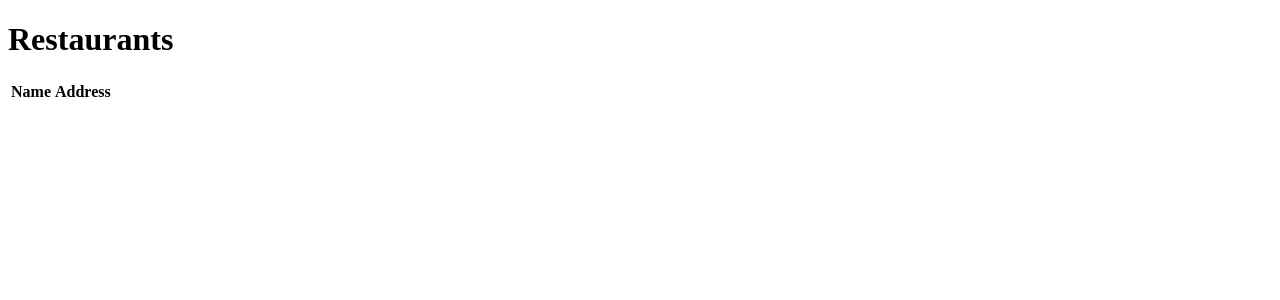
Repository: Elliriskala/AJAX-assignments
Page: Assignment 5/assignment 5.html
These files come from the project's save history. The page is drawn as it stood at one moment and after the next save; the edit follows.
The browser window is 1280 px wide. The pictures show the whole page.
The page's requests for data from a server got no answer.

Above is the page before, as saved 2024-09-01 20:31:43.
Console error (its wording comes from the project's code and is left out).

### Assignment 5/assignment 5.html
<!DOCTYPE html>
<html lang="en">
<head>
  <meta charset="UTF-8">
  <meta name="viewport" content="width=device-width, initial-scale=1.0">
  <title>Document</title>
  <script src="assignment 5.js" defer></script>
</head>
<body>
  <h1>Restaurants</h1>
  <table>
    <thead>
      <tr>
        <th>Name</th>
        <th>Address</th>
      </tr>
    </thead>
    <tbody>
      <!-- add restaurants here -->
    </tbody>
  </table>
  <!-- modal -->
  <dialog>
    <div>
      <button id="close-modal">&#128940</button>
    </div>
    <div id="info">
       <!-- add restaurant info here when restaurant is clicked -->
    </div>
  </dialog>
</body>
</html>

### Assignment 5/assignment 5.js
/* 5. In this assignment we will work with the Restaurant API to build upon the previous lab's restaurant assignment (Assignment 2). Extend the previous restaurant assignment by integrating the Restaurant API and enhancing the app to display the current day's menu for selected restaurants.

Begin by revisiting your previous restaurant assignment code.
Modify the app to fetch restaurant data using a single AJAX call to the Restaurant API endpoint. Replace the previous hard-coded array of restaurants.
Implement the necessary logic to display the retrieved restaurant data in your app.
When a user clicks on a restaurant, make another AJAX call to fetch the current day's menu for the selected restaurant from the API.
Enhance the modal functionality to show both the restaurant details (name, address, etc.) and the current day's menu.
Ensure that the modal is populated with the relevant information when a user clicks on a restaurant.
Implement error handling for the AJAX calls, displaying appropriate messages if data retrieval fails.
Test the app thoroughly to ensure that restaurant data and menus are displayed accurately.
Make effective use of CSS for styling and layout.
10p
*/

'use strict';


document.addEventListener('DOMContentLoaded', async function() {
  const target = document.querySelector('tbody');
  const modal = document.querySelector('dialog');
  const info = document.querySelector('#info');
  const closeModal = document.querySelector('#close-modal');

  closeModal.addEventListener('click', function () {
    modal.close();
  });
  // Fetching restaurant data
  try {
      const response = await fetch('https://opiskelijaravintolat.fi/');
      if (!response.ok) {
        throw new Error('There was a problem with the fetch operation');
      }
      const restaurants = await response.json();
      // Displaying the restaurants in alphabetical order
      restaurants.sort((a, b) => a.name.localeCompare(b.name));

      for (const restaurant of restaurants) {
        if (restaurant) {
          const name = document.createElement('td');
          name.innerText = restaurant.name;

          const address = document.createElement('td');
          address.innerText = restaurant.address;

          const row = document.createElement('tr');

          // highlighting selected restaurant

          row.addEventListener('click', function () {
            const highlights = document.querySelectorAll('.highlight');
            for (const highligted of highlights) {
              highligted.classList.remove('highlight');
            }
            row.classList.add('highlight');

            // Displaying restaurant info in modal
            const restaurantHTML = `
                <header>
                  <h3>${restaurant.name}</h3>
                  <p>${restaurant.company}</p>
                </header>
                <address>
                  ${restaurant.address}<br>
                  ${restaurant.postalCode} ${restaurant.city}<br>
                  ${restaurant.phone}<br>
                </address>
            `;
            info.innerHTML = '';
            info.insertAdjacentHTML('beforeend', restaurantHTML);

            // Fetch and display the current day's menu
            try {
              const menuResponse = await fetch(`https://example.com/api/restaurants/${restaurant.id}/menu`); // Replace with actual API endpoint
              if (!menuResponse.ok) {
                throw new Error(`Failed to fetch menu: ${menuResponse.statusText}`);
              }
              const menu = await menuResponse.json();

              const menuHTML = `<h4>Today's Menu</h4><ul>`;
              for (const item of menu.items) {
                  menuHTML += `<li>${item.name} - ${item.price}</li>`;
              }
              menuHTML += `</ul>`;
              info.insertAdjacentHTML('beforeend', menuHTML);
          } catch (menuError) {
              console.error(menuError);
              info.insertAdjacentHTML('beforeend', `<p>Error fetching menu: ${menuError.message}</p>`);
            }

          modal.showModal();
        });
        row.append(name, address);
        target.append(row);
      }
    }
  } catch (error) {
      console.error('An error occurred while fetching restaurants:', error.message);
      target.innerHTML = `<tr><td colspan="2">Error fetching restaurant data: ${error.message}</td></tr>`;
  }
});

After the next save:
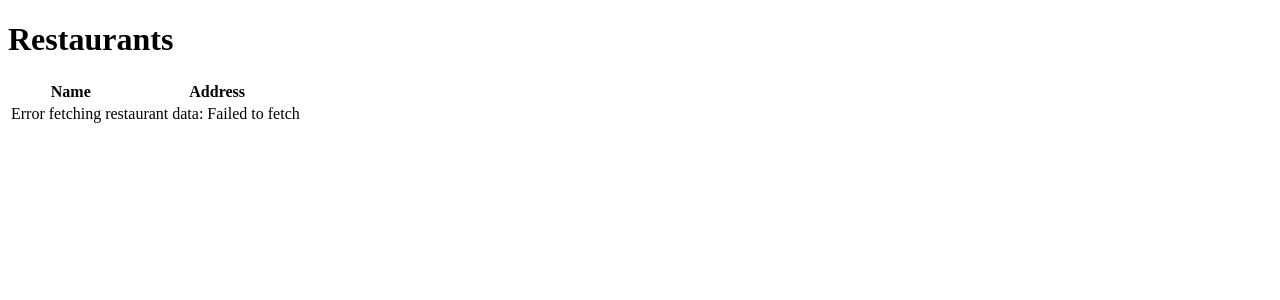
The error is gone.
Saved 2 min 17 s later.
--- a/Assignment 5/assignment 5.js
+++ b/Assignment 5/assignment 5.js
@@ -24,6 +24,7 @@ document.addEventListener('DOMContentLoaded', async function() {
   closeModal.addEventListener('click', function () {
     modal.close();
   });
+
   // Fetching restaurant data
   try {
       const response = await fetch('https://opiskelijaravintolat.fi/');
@@ -68,6 +69,7 @@ document.addEventListener('DOMContentLoaded', async function() {
             info.innerHTML = '';
             info.insertAdjacentHTML('beforeend', restaurantHTML);
 
+            /*
             // Fetch and display the current day's menu
             try {
               const menuResponse = await fetch(`https://example.com/api/restaurants/${restaurant.id}/menu`); // Replace with actual API endpoint
@@ -86,6 +88,7 @@ document.addEventListener('DOMContentLoaded', async function() {
               console.error(menuError);
               info.insertAdjacentHTML('beforeend', `<p>Error fetching menu: ${menuError.message}</p>`);
             }
+            */
 
           modal.showModal();
         });
